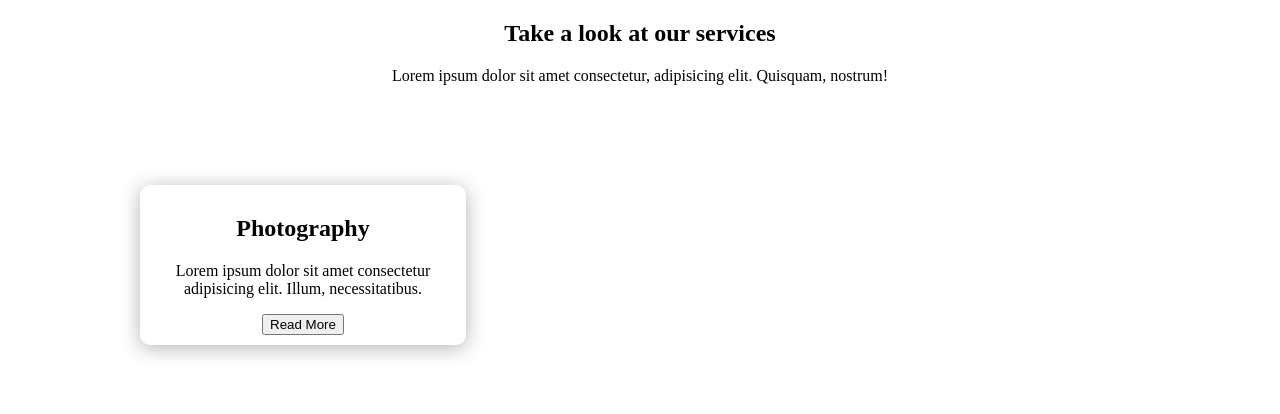
Repository: truongtn04/f8-fullstack-k5
Page: day05/ex03.html
An editor plug-in stored every save of this project. The page is shown before and after the next save, followed by the edit.
The browser window is 1280 px wide. The pictures show the whole page.

Above is the page before, as saved 2023-12-04 11:43:20.

### day05/ex03.html
<!DOCTYPE html>
<html lang="en">
<head>
    <meta charset="UTF-8">
    <meta name="viewport" content="width=device-width, initial-scale=1.0">
    <title>Document</title>
    <link rel="stylesheet" href="https://cdnjs.cloudflare.com/ajax/libs/font-awesome/6.5.1/css/all.min.css" integrity="sha512-DTOQO9RWCH3ppGqcWaEA1BIZOC6xxalwEsw9c2QQeAIftl+Vegovlnee1c9QX4TctnWMn13TZye+giMm8e2LwA==" crossorigin="anonymous" referrerpolicy="no-referrer" />
    <link rel="stylesheet" href="css/ex03.css">
</head>
<body>
    <section>
        <h1>Take a look at our services</h1>
        <p>Lorem ipsum dolor sit amet consectetur, adipisicing elit. Quisquam, nostrum!</p>
        <div class="list-products">
            <div class="item">
                <span></span>
                <h2>Photography</h2>
                <p>Lorem ipsum dolor sit amet consectetur adipisicing elit. Illum, necessitatibus.</p>
                <button>Read More</button>
            </div>
        </div>
    </section>
</body>
</html>

### day05/css/ex03.css
section{
    width: 1000px;
    margin: 0 auto;
    text-align: center;
}
.list-products{
    margin-top: 100px;
}
.item{
    width: 300px;
    box-shadow: 0 3px 20px rgba(0, 0, 0, 0.3);
    padding: 10px 13px;
    border-radius: 10px;
}

After the next save:
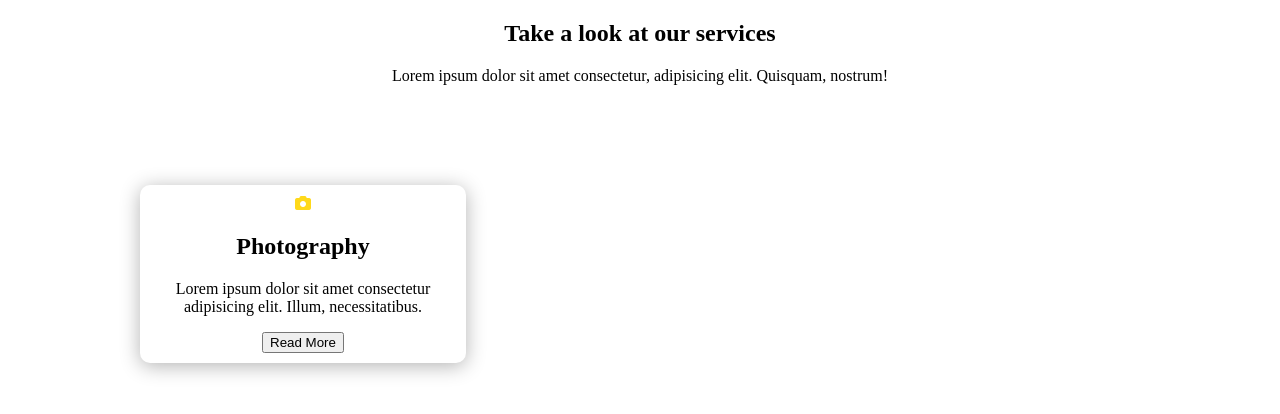
Saved 2 min 4 s later.
--- a/day05/ex03.html
+++ b/day05/ex03.html
@@ -13,7 +13,7 @@
         <p>Lorem ipsum dolor sit amet consectetur, adipisicing elit. Quisquam, nostrum!</p>
         <div class="list-products">
             <div class="item">
-                <span></span>
+                <span><i class="fa-solid fa-camera" style="color: #ffd91a;"></i></span>
                 <h2>Photography</h2>
                 <p>Lorem ipsum dolor sit amet consectetur adipisicing elit. Illum, necessitatibus.</p>
                 <button>Read More</button>
